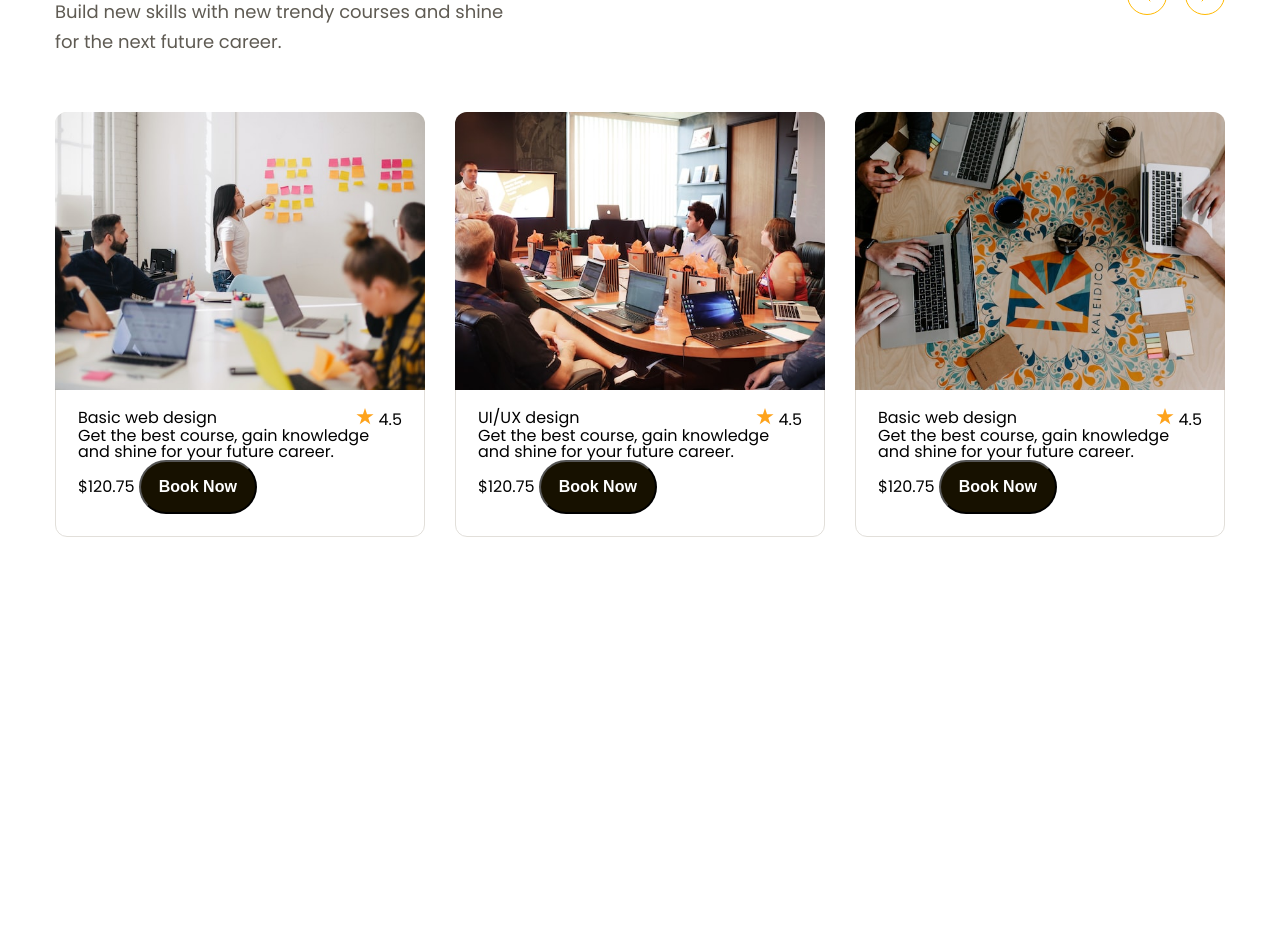
Repository: ynguyen1512/htmlcss-project-02
Page: index.html
These files come from the project's save history. The page is drawn as it stood at one moment and after a run of saves; the edit follows.
The browser window is 1280 px wide. The pictures show the part of the page from y = 1167 to 2119 px (the page is 5000 px tall).
A picture or video elsewhere on the page could not be fetched, so the positions and the page height are approximate.

Above is the page before, as saved 2023-02-20 22:50:55.

### index.html
<!DOCTYPE html>
<html lang="en">
<head>
    <meta charset="UTF-8">
    <meta http-equiv="X-UA-Compatible" content="IE=edge">
    <meta name="viewport" content="width=device-width, initial-scale=1.0">
    <title>F8 Project 02</title>
    <!-- Reset CSS -->
    <link rel="stylesheet" href="./assets/css/reset.css">
    <!-- Embed fonts -->
    <link rel="preconnect" href="https://fonts.googleapis.com">
    <link rel="preconnect" href="https://fonts.gstatic.com" crossorigin>
    <link href="https://fonts.googleapis.com/css2?family=Poppins:ital,wght@0,400;0,500;0,600;0,700;1,400&family=Sen:wght@700&display=swap" rel="stylesheet">
    <!-- Styles -->
    <link rel="stylesheet" href="./assets/css/style.css">
</head>
<body>
    <main style="height: 5000px;">
        <!-- Header -->
        <header class="header fixed">
            <div class=" main-content">
                <di class="body">
                    <!-- Logo -->
                    <a href="#">
                        <img src="./assets/img/logo.png" alt="Lesson." class="logo">
                    </a>
                    <!-- Navigation -->
                    <nav class="nav">
                        <ul>
                            <li class="active"><a href="#!">Home</a></li>
                            <li><a href="#!">Courses</a></li>
                            <li><a href="#!">Pricing</a></li>
                            <li><a href="#!">Reviews</a></li>
                        </ul>
                    </nav>

                    <!-- Action -->
                    <div class="action">
                        <a href="" class="btn sign-up-btn">Sign Up</a>
                    </div>
                </di >
            </div>
        </header>

        <!-- Hero -->
        <div class="hero">
            <div class="main-content">
                <div class="body">
                    <!-- Hero-left -->
                    <div class="media-block">
                        <img src="./assets/img/hero-img.jpg"
                        alt="Learn without limits and spread knowledge." class="img">

                        <div class="hero-summary">
                            <div class="item">
                                <div class="icon">
                                    <img src="./assets/icons/list.svg" alt="">
                                </div>
                                <div class="info">
                                    <p class="label">20 Courses</p>
                                    <p class="title">UI/UX Design</p>
                                </div>
                            </div>
                            <div class="item">
                                <div class="icon">
                                    <img src="./assets/icons/code.svg" alt="">
                                </div>
                                <div class="info">
                                    <p class="label">20 Courses</p>
                                    <p class="title">Development</p>
                                </div>
                            </div>
                            <div class="item">
                                <div class="icon">
                                    <img src="./assets/icons/speaker.svg" alt="">
                                </div>
                                <div class="info">
                                    <p class="label">30 Courses</p>
                                    <p class="title">Marketing</p>
                                </div>
                            </div>
                        </div>
                    </div>
                    <!-- Hero right -->
                    <div class="content-block">
                        <h1 class="heading lv1">Learn without limits and spread knowledge.</h1>
                        <p class="desc">Build new skills for that “this is my year” feeling with courses, certificates, and degrees from world-class
                             universities and companies.</p>
                        <div class="cta-group">
                            <a href="" class="btn hero-cta">See Courses</a>
                            <button class="watch-video">
                                <div class="icon">
                                    <img src="./assets/icons/play.svg" alt="">
                                </div>
                                <span>Watch Video</span>
                            </button>
                        </div>
                        <p class="desc">Recent engagement</p>
                        <p class="desc stats">
                            <strong>50K</strong> Students
                            <strong>70+</strong> Courses
                        </p>
                    </div>
                </div>
            </div>
        </div>

        <!-- Popular -->
        <div class="popular">
            <div class="main-content">
                <div class="popular-top">
                    <div class="info">
                        <h2 class="heading lv2">Our popular courses</h2>
                        <p class="desc">
                            Build new skills with new trendy
                            courses and shine for the next future career.</p>
                    </div>
                    <div class="controls">
                        <button class="control-btn">
                            <svg width="8" height="14" viewBox="0 0 8 14" fill="none" xmlns="http://www.w3.org/2000/svg">
                                <path d="M7 1L1 7L7 13" stroke="currentColor" stroke-linecap="round" stroke-linejoin="round"/>
                                </svg>
                        </button>
                        <button class="control-btn">
                            <svg width="8" height="14" viewBox="0 0 8 14" fill="none" xmlns="http://www.w3.org/2000/svg">
                                <path d="M1 1L7 7L1 13" stroke="currentColor" stroke-linecap="round" stroke-linejoin="round"/>
                                </svg>
                        </button>
                    </div>
                </div>

                <div class="course-list">
                    <!-- Course item 1-->
                    <div class="course-item">
                        <img src="./assets/img/course-1.jpg" alt="" class="thumb">
                        <div class="info">
                            <div class="head">
                                <h3 class="title">Basic web design</h3>
                                <div class="rating">
                                    <img src="./assets/icons/star.svg" alt="Star" class="star">
                                    <span class="value">4.5</span>
                                </div>
                            </div>
                            <p class="desc">
                                Get the best course, gain knowledge and shine for your
                                future career.
                            </p>
                            <div class="foot">
                                <span class="price">$120.75</span>
                                <button class="btn">Book Now</button>
                            </div>
                        </div>
                    </div>
                    <!-- Course item 2-->
                    <div class="course-item">
                        <img src="./assets/img/course-2.jpg" alt="" class="thumb">
                        <div class="info">
                            <div class="head">
                                <h3 class="title">UI/UX design</h3>
                                <div class="rating">
                                    <img src="./assets/icons/star.svg" alt="Star" class="star">
                                    <span class="value">4.5</span>
                                </div>
                            </div>
                            <p class="desc">
                                Get the best course, gain knowledge and shine for your
                                future career.
                            </p>
                            <div class="foot">
                                <span class="price">$120.75</span>
                                <button class="btn">Book Now</button>
                            </div>
                        </div>
                    </div>
                    <!-- Course item 3-->
                    <div class="course-item">
                        <img src="./assets/img/course-3.jpg" alt="" class="thumb">
                        <div class="info">
                            <div class="head">
                                <h3 class="title">Basic web design</h3>
                                <div class="rating">
                                    <img src="./assets/icons/star.svg" alt="Star" class="star">
                                    <span class="value">4.5</span>
                                </div>
                            </div>
                            <p class="desc">
                                Get the best course, gain knowledge and shine for your
                                future career.
                            </p>
                            <div class="foot">
                                <span class="price">$120.75</span>
                                <button class="btn">Book Now</button>
                            </div>
                        </div>
                    </div>
                </div>
            </div>
        </div>
    </main>

    <footer>

    </footer>
</body>
</html>

### assets/css/style.css
* {
    box-sizing: border-box;
}

:root {
    --primary-color:#FFB900;
    --font-heading: Sen, sans-serif;
}

html, body {
    scroll-behavior: smooth;
}

html {
    font-size: 62.5%;
}

body {
    font-size: 1.6rem;
    font-family: 'Poppins', 'sans-serif';
}

/* Common */
.main-content {
    width: 1170px;
    max-width: calc(100% - 48px);
    margin-left: auto;
    margin-right: auto;
}


.heading {
    font-family: var(--font-heading);
    font-weight: 700;
    letter-spacing: -0.02em;
    color: #171100;
}

.heading.lv1 {
    font-size: 5.8rem;
    line-height: 1.17;
}

.heading.lv2 {
    font-size: 3.8rem;
    line-height: 1.26;
}

a {
    text-decoration: none;
}

.btn {
    display: inline-block;
    min-width: 118px;
    padding: 0 16px;
    line-height: 50px;
    font-weight: 600;
    font-size: 16px;
    text-align: center;
    color: #FFFFFF;
    background: #171100;
    border-radius: 999px;
}

.btn:hover {
    opacity: 0.9;
}

/* Header */
.header {
    background-color: #FFFCF4;
}

.header.fixed {
    position: sticky;
    top: -28px;
    z-index: 1;
}

.header .body {
    display: flex;
    align-items: center;
    padding: 36px 0 8px;
}

.nav {
    margin-left: auto;
}

.nav ul {
    display: flex;
}

.nav a {
    position: relative;
    padding: 8px 21px;
    font-size: 1.6rem;
    color: #5F5B53;
}

.nav a:hover,
.nav li.active a {
    /* font-weight: 600; */
    text-shadow: 1px 0 0 currentColor;
    color: #171100;
}

.nav li.active a::after {
    position: absolute;
    left: 21px;
    content: "";
    bottom: 6px;
    display: block;
    width: 12px;
    height: 2px;
    background: #171100;
    border-radius: 1px;
}

.header .sign-up-btn {
    min-width: 144px;
}

/* Hero */
.hero {
    padding: 56px 0 65px;
    background: #FFFCF4;
}

.hero .body {
    display: flex;
}

/* Hero left */
.hero .media-block {
    position: relative;
    width: 48%;
}


.hero .media-block .img {
    width: 470px;
    height: 685px;
    object-fit: cover;
    border-radius: 20px;
    vertical-align: bottom;
}

.hero-summary {
    position: absolute;
    right: 0;
    bottom: 48px;
    width: 270px;
    padding: 24px;
    background: #FFFFFF;
    box-shadow: 0px 16px 32px rgba(0, 0, 0, 0.05);
    border-radius: 12px;

}

.hero-summary .item {
    display: flex;
    align-items: center;
}

.hero-summary .item + .item {
    margin-top: 22px;
}


.hero-summary .icon {
    width: 48px;
    height: 48px;
    border-radius: 50%;
    display: flex;
    align-items: center;
    justify-content: center;
    background: #FFF9E8;
}

.hero-summary .item:nth-of-type(2) .icon {
    background: #FCEFFF;
}

.hero-summary .item:nth-of-type(3) .icon {
    background: #EBEAFF;
}

.hero-summary .info {
    margin-left: 16px;
}

.hero-summary .label {
    font-size: 1.4rem;
    line-height: 1.86;
    color: #5F5B53;
}

.hero-summary .title {
    font-weight: 600;
    font-size: 1.8rem;
    line-height: 1.67;
    color: #171100;
}
/* Hero right */
.hero .content-block {
    width: 52%;
    padding: 64px 0 0 130px;
}


.hero .desc {
    margin-top: 22px;
    font-weight: 400;
    font-size: 1.8rem;
    line-height: 1.67;
    color: #5F5B53;
}

.hero .cta-group {
    margin: 38px 0 48px;
    display: flex;
    align-items: center;
}

.hero-cta {
    min-width: 180px;
    background: var(--primary-color);
    line-height: 64px;
    border-radius: 32px;
}

.hero .watch-video {
    border: none;
    background-color: transparent;
    display: flex;
    margin-left: 28px;
    align-items: center;
    cursor: pointer;
}

.hero .watch-video .icon {
    display: flex;
    align-items: center;
    justify-content: center;
    width: 40px;
    height: 40px;
    border-radius: 50%;
    background: #FFFFFF;
    box-shadow: 0px 8px 16px rgba(0, 0, 0, 0.07);
}

.hero .watch-video span {
    margin-left: 14px;
    font-weight: 600;
    font-size: 1.8rem;
    line-height: 1.67;
    color: #171100;
}

.hero .stats {
    margin:8px 0 0 -28px;
}

.hero .stats strong {
    font-family: var(--font-heading);
    font-weight: 700;
    font-size: 4.4rem;
    line-height: 1.23;
    color: #171100;
    padding: 0 8px 0 28px;
}

/* Popular */
.popular {
    padding: 65px 0;
    margin-top: 135px;
}

.popular-top {
    display: flex;
    justify-content: space-between;
    align-items: center;
}

.popular-top .desc {
    margin-top: 16px;
    width: 458px;
    font-size: 1.8rem;
    line-height: 1.67;
    color: #5F5B53;
}

.popular-top .controls {
    display: flex;
    gap: 18px;
}

.popular-top .control-btn {
    display: flex;
    align-items: center;
    justify-content: center;
    width: 40px;
    height: 40px;
    border-radius: 50%;
    color: var(--primary-color);
    border: 1px solid var(--primary-color);
    background: transparent;
}

.popular-top .control-btn:hover {
    background: var(--primary-color);
    color: #FFF;
    cursor: pointer;
}

.popular .course-list {
    margin-top: 55px;
    display: flex;
    gap: 30px;
}

.popular .course-item {
    flex: 1;
    background: #FFFFFF;
    border: 1px solid #E2DFDA;
    border-radius: 12px;
}

.popular .course-item .thumb {
    margin: -1px;
    width: calc(100% + 2px);
    height: 278px;
    object-fit: cover;
    border-radius: 12px 12px 0px 0px;
}

.popular .course-item .info {
    padding: 16px 22px 22px;
}

.popular .course-item .head {
    display: flex;
    align-items: center;
    justify-content: space-between;
}

Loaded but not shown: assets/css/reset.css (common file)

After the next 2 saves:
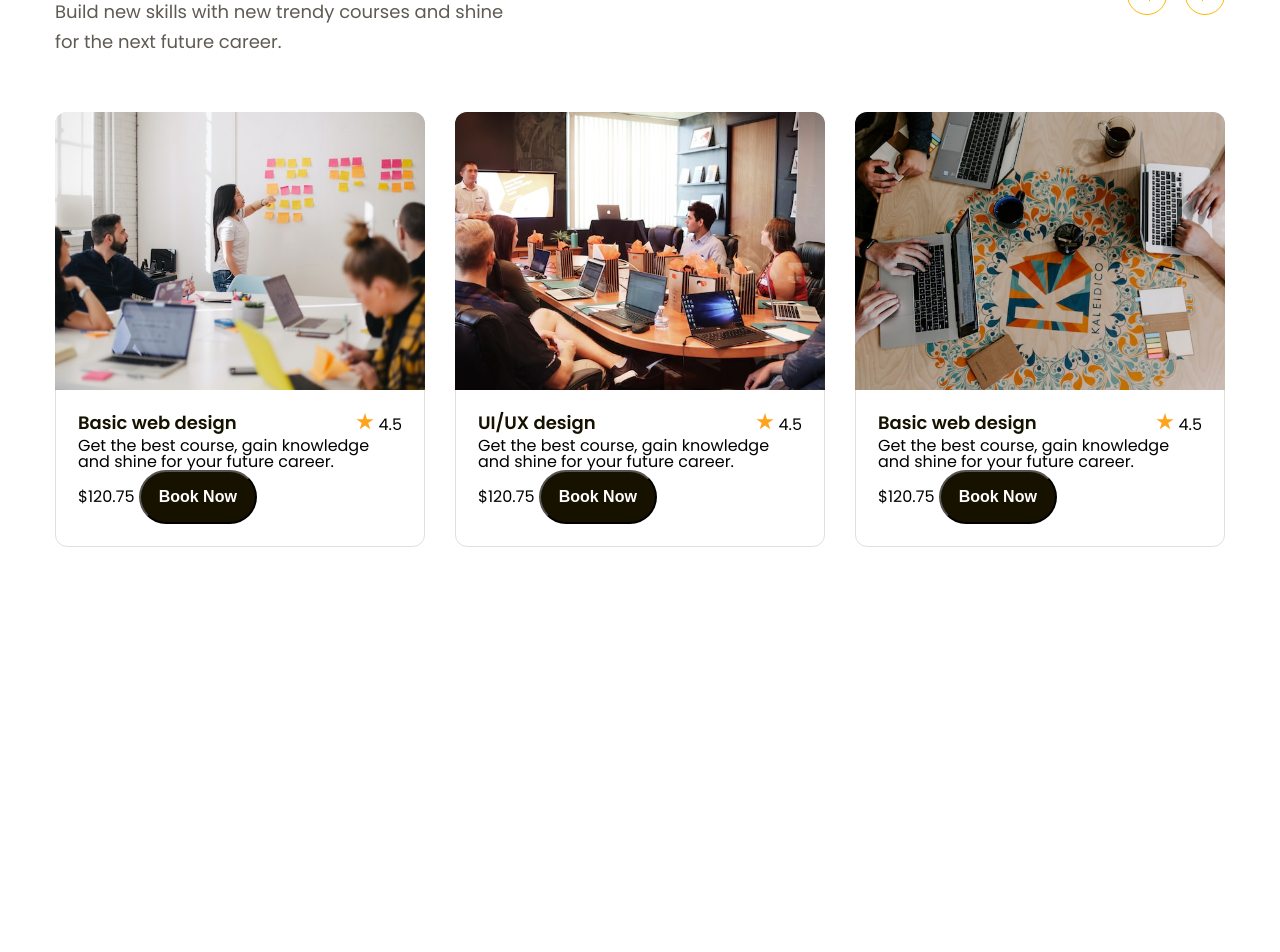
The 2 saves are shown as one change because they came seconds apart.
The last was saved 40 s later.
--- a/assets/css/style.css
+++ b/assets/css/style.css
@@ -345,3 +345,10 @@ a {
     align-items: center;
     justify-content: space-between;
 }
+
+.popular .course-item .title {
+    font-weight: 600;
+    font-size: 1.8rem;
+    line-height: 1.67;
+    color: #171100;
+}
